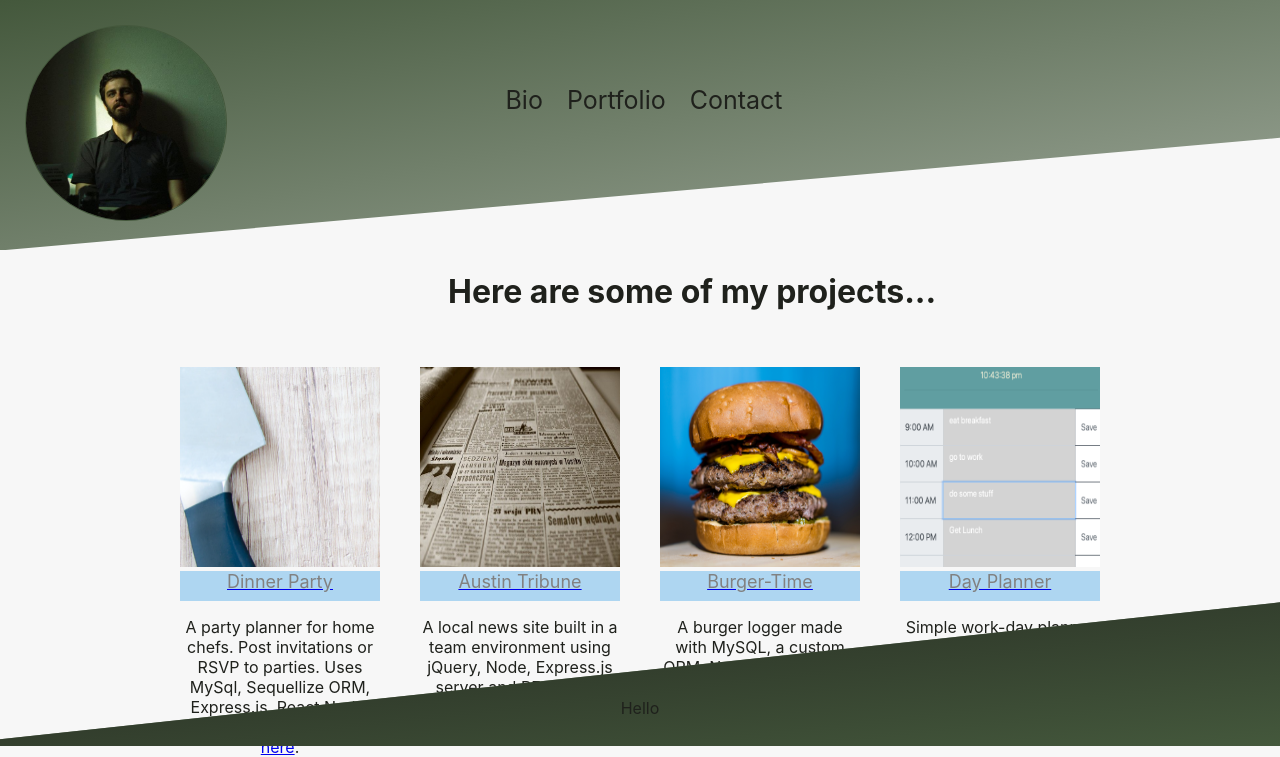
Repository: joeldelatte/react-portfolio
Page: /portfolio (app in client/)
An editor plug-in stored every save of this project. The page is shown before and after the next save, followed by the edit.
The browser window is 1280 px wide. The pictures show the whole page.
The project was rebuilt for these pictures with package versions that can differ from the ones it lists, and the page was loaded fresh each time. Also part of the build but not shown: client/src/App.css, client/src/Components/Bio/Bio.js, client/src/Components/Contact/Contact.js.

Above is the page before, as saved 2020-07-11 00:10:32.

### client/public/index.html
<!doctype html>
<html lang="en">
  <head>
    <meta charset="utf-8">
    <meta name="viewport" content="width=device-width, initial-scale=1, shrink-to-fit=no">
    <meta name="theme-color" content="#000000">
    <!--
      manifest.json provides metadata used when your web app is added to the
      homescreen on Android. See https://developers.google.com/web/fundamentals/engage-and-retain/web-app-manifest/
    -->
    <link rel="manifest" href="%PUBLIC_URL%/manifest.json">
    <link rel="shortcut icon" href="%PUBLIC_URL%/favicon.ico">
    <!--
      Notice the use of %PUBLIC_URL% in the tags above.
      It will be replaced with the URL of the `public` folder during the build.
      Only files inside the `public` folder can be referenced from the HTML.

      Unlike "/favicon.ico" or "favicon.ico", "%PUBLIC_URL%/favicon.ico" will
      work correctly both with client-side routing and a non-root public URL.
      Learn how to configure a non-root public URL by running `npm run build`.
    -->
    <title>Joel Delatte</title>
  </head>
  <body>
    <noscript>
      You need to enable JavaScript to run this app.
    </noscript>
    <div id="root"></div>
    <!--
      This HTML file is a template.
      If you open it directly in the browser, you will see an empty page.

      You can add webfonts, meta tags, or analytics to this file.
      The build step will place the bundled scripts into the <body> tag.

      To begin the development, run `npm start` or `yarn start`.
      To create a production bundle, use `npm run build` or `yarn build`.
    -->
  </body>
</html>

### client/src/index.css
body {
  height:100%;
  min-height: 100%;
  margin: 0;
  padding: 0;
  border: 0;
  font-family: -apple-system, BlinkMacSystemFont, 'Segoe UI', 'Roboto', 'Oxygen',
    'Ubuntu', 'Cantarell', 'Fira Sans', 'Droid Sans', 'Helvetica Neue',
    sans-serif;
  -webkit-font-smoothing: antialiased;
  -moz-osx-font-smoothing: grayscale;
  background-color: rgb(247, 247, 247);
  color: rgb(31,33,28);
}

code {
  font-family: source-code-pro, Menlo, Monaco, Consolas, 'Courier New',
    monospace;
}

### client/src/App.js
import React from 'react';
import {BrowserRouter as Router, Route, Switch, Link} from "react-router-dom";
import './App.css';
import Bio from "./Components/Bio/Bio";
import Nav from "./Page/Nav";
import Contact from "./Components/Contact/Contact";
import Portfolio from "./Components/Portfolio/Portfolio";

export default function App() {
  return (
    <>
      <Router>
        <Nav />
        <Switch>
          <Route exact path="/">
            <Bio />
          </Route>
          <Route exact path="/contact">
            <Contact />
          </Route>
          <Route exact path="/portfolio">
            <Portfolio />
          </Route>
        </Switch>
      </Router>
    </>
  );
}

### client/src/Page/Nav.js
import React from "react";
import {BrowserRouter as Router, Route, Switch, Link} from "react-router-dom";
import Avatar from "./Avatar";
import "./Page.css";

function Nav () {
    return (
      <div className="header">
        <Avatar />
        <div className="nav">
          <Link to="/">Bio</Link>
          <Link to="/portfolio">Portfolio</Link>
          <Link to="/contact">Contact</Link>
        </div>
      </div>
    );
};

export default Nav;

### client/src/Components/Portfolio/Portfolio.js
import React from "react";

import Dayplanner from "../Portfolio/images/dayplanner.png";
import NewsPaper from "../Portfolio/images/austin1.jpeg";
import Burger from "../Portfolio/images/burger.jpg"
import Knife from "../Portfolio/images/knife.png"

import './portfolio.css';

export default function Portfolio() {


    return (
      <>
        <h1>Here are some of my projects...</h1>
        <div className="portfolio">
          <div className="projectBox">
            <a
              href="https://rocky-meadow-16617.herokuapp.com/"
              target="_blank"
              rel="noopener noreferrer"
            >
              <img className="projectPhoto" src={Knife}></img>
              <section className="projectLabel">Dinner Party</section>
            </a>
            <p>
              A party planner for home chefs. Post invitations or RSVP to
              parties. Uses MySql, Sequellize ORM, Express.js, React Node.
              <br></br>
              See the github repository{" "}
              <a href="https://github.com/joeldelatte/Poject_3_Dinner_Party">
                here
              </a>
              .
            </p>
          </div>
          <div className="projectBox">
            <a
              href="https://mmoritz8.github.io/Project-1/Joel_art/arts.html"
              target="_blank"
              rel="noopener noreferrer"
            >
              <img className="projectPhoto" src={NewsPaper}></img>
              <section className="projectLabel">Austin Tribune</section>
            </a>
            <p>
              A local news site built in a team environment using jQuery, Node,
              Express.js server and REST APIs.
              <br></br>
              See the github repository{" "}
              <a href="https://github.com/mmoritz8/Project-1">here</a>.
            </p>
          </div>
          <div className="projectBox">
            <a
              href="https://boiling-lowlands-78090.herokuapp.com/"
              target="_blank"
              rel="noopener noreferrer"
            >
              <img className="projectPhoto" src={Burger}></img>
              <section className="projectLabel">Burger-Time</section>
            </a>
            <p>
              A burger logger made with MySQL, a custom ORM, Node, Express, and
              Handlebars.
              <br></br>
              See the github repository{" "}
              <a href="https://github.com/joeldelatte/eat-da-burger">here</a>.
            </p>
          </div>
          <div className="projectBox">
            <a
              href="https://joeldelatte.github.io/day-planner/"
              target="_blank"
              rel="noopener noreferrer"
            >
              <img className="projectPhoto" src={Dayplanner}></img>
              <section className="projectLabel">Day Planner</section>
            </a>
            <p>
              Simple work-day planner application. Uses HTML, CSS, jQuery and
              the browser's local storage.
              <br></br>
              See the github repository{" "}
              <a href="https://github.com/joeldelatte/day-planner">here</a>.
            </p>
          </div>
        </div>
        <footer>Hello</footer>
      </>
    );
}

### client/src/Components/Bio/bio.css
.container {
    position: relative;
}

.bio {
    min-height: 100%;
    padding: 15px;
    max-width: 50%;
    margin: 0 auto;
    text-align: center;
    padding-bottom: -5rem;
}

.bio p {
    text-align: center;
}

footer {
  height: 3rem;
  padding-top: 6rem;
  /* background-color: rgb(68,88,60); */
  background-image: linear-gradient(to right bottom, rgba(31,33,28, 1), rgba(68,88,60, 0.501));
  -webkit-clip-path: polygon(0 95%, 100% 0, 100% 100%, 0 100%);
  clip-path: polygon(0 95%, 100% 0, 100% 100%, 0 100%);
  text-align: center;
}


    @media only screen and (max-width: 768px) {
        .viewContainer {
            margin-left: 110px;
        }
    }

### client/src/Page/Avatar.js
import React from "react";
import Portrait from "./images/joel_d.png"
import "./Page.css";

function Avatar () {

    return (
      <div>
          <img src={Portrait} alt="avatar"  className="avatar" />
      </div>
    );
};

export default Avatar;

### client/src/Page/Page.css
.header {
  height: 38%;
  background-image: linear-gradient(to right bottom, rgba(68,88,60, 1), rgba(68,88,60, 0.501));
  background-size: cover;
  background-position: top;
  position: relative;
  -webkit-clip-path: polygon(0 0, 100% 0, 100% 55%, 0 100%);
  clip-path: polygon(0 0, 100% 0, 100% 55%, 0 100%);
  position: relative;
}

  .avatar {
    border: 1px solid;
    border-color: rgb(68,88,60);
    display: inline;
    max-width: 200px;
    max-height: 200px;
    border-radius: 100%;
    margin: 25px;
    }

.nav {
    position: absolute;
    top: 40%;
    left: 50%;
    transform: translate(-50%, -50%);
    text-align: center;
}

.nav a {
    padding: 6px 8px 6px 16px;
    text-decoration: none;
    font-size: 25px;
    color: rgb(31,33,28);
    display: inline;
    text-align: center;
  }

.nav a:hover {
    color: #f1f1f1;
}

### client/src/Components/Contact/contact.css
.container {
  position: relative;
}
.contact {
    min-height: 100%;
    padding: 15px;
    max-width: 50%;
    margin: 0 auto;
    text-align: center;
    padding-bottom: -5rem;
}

.contact a {
  padding: 6px 8px 6px 16px;
  text-decoration: underline;
  font-size: 18px;
  color: black;
  display: block;
}

.contact a:hover {
  color: #818181;
}

.email-address {
  padding: 6px 8px 6px 16px;
  font-size: 18px;
}

input[type=text], select {
    width: 100%;
    padding: 12px 20px;
    margin: 8px 0;
    display: inline-block;
    border: 1px solid #ccc;
    border-radius: 4px;
    box-sizing: border-box;
  }

  input[type=submit] {
    width: 15%;
    background-color: #4CAF50;
    color: white;
    padding: 14px 20px;
    margin: 8px 0;
    border: none;
    border-radius: 4px;
    cursor: pointer;
  }

  input[type=submit]:hover {
    background-color: #45a049;
  }

textarea {
    width: 100%;
    height: 150px;
    margin: 8px 0;
    padding: 12px 20px;
    box-sizing: border-box;
    border: 1px solid #ccc;
    border-radius: 4px;
    resize: none;
  }

  footer {
    height: 3rem;
    padding-top: 6rem;
    background-color: rgb(68,88,60);
    background-image: linear-gradient(to right bottom, rgba(31,33,28, 0.901), rgba(68,88,60, 0.601));
    -webkit-clip-path: polygon(0 95%, 100% 0, 100% 100%, 0 100%);
    clip-path: polygon(0 95%, 100% 0, 100% 100%, 0 100%);
    text-align: center;
  }

  @media only screen and (max-width: 768px) {
    .contact {
      margin-left: 110px;
    }
  }

### client/src/Components/Portfolio/portfolio.css
.portfolio {
    padding: 15px;
    display: flex;
    flex-wrap: wrap;
    justify-content: center;
    text-align: center;
}

h1 {
    margin-left: 35%;
}

.projectBox {
    width: 200px;
    height: 200px;
    /* position: relative; */
    text-align: center;
    margin: 20px;
}

.projectText {
    width: 200px;
    height: 200px;
    /* position: relative; */
    text-align: center;
    margin-top: 20px;
}

.projectLabel {
    color: #818181;
    text-align: center;
    font-size: large;
    background-color: #aed6f1;
    width: 200px;
    height: 30px;
    padding: 4;
    /* position: absolute; */
    /* top: 80%;
    left: 50%; */
    /* transform: translate(-50%, -50%);  */

}

.projectPhoto {
    width: 200px;
    height: 200px;
    /* position: relative; */
    text-align: center;
}

.move {
    padding-left: 45px;
    box-sizing: content-box;
}

footer {
    height: 3rem;
    padding-top: 6rem;
    background-color: rgb(68,88,60);
    background-image: linear-gradient(to right bottom, rgba(31,33,28, 0.901), rgba(68,88,60, 0.601));
    -webkit-clip-path: polygon(0 95%, 100% 0, 100% 100%, 0 100%);
    clip-path: polygon(0 95%, 100% 0, 100% 100%, 0 100%);
    text-align: center;
  }

@media only screen and (max-width: 768px) {
    .move {
        padding-left: 130px;
        box-sizing: content-box;
    }
    .portfolio {
        margin-left: 110px;
    }

    .portfolio h1 {
        margin-left: 20px;
    }

    .projectBox {
        width: 200px;
        height: 200px;
        float: left;
        position: relative;
        text-align: center;
        margin: 20px 20px 150px 20px;

    }


}

Loaded but not shown: client/src/index.js (common file); client/src/serviceWorker.js (common file)

After the next save:
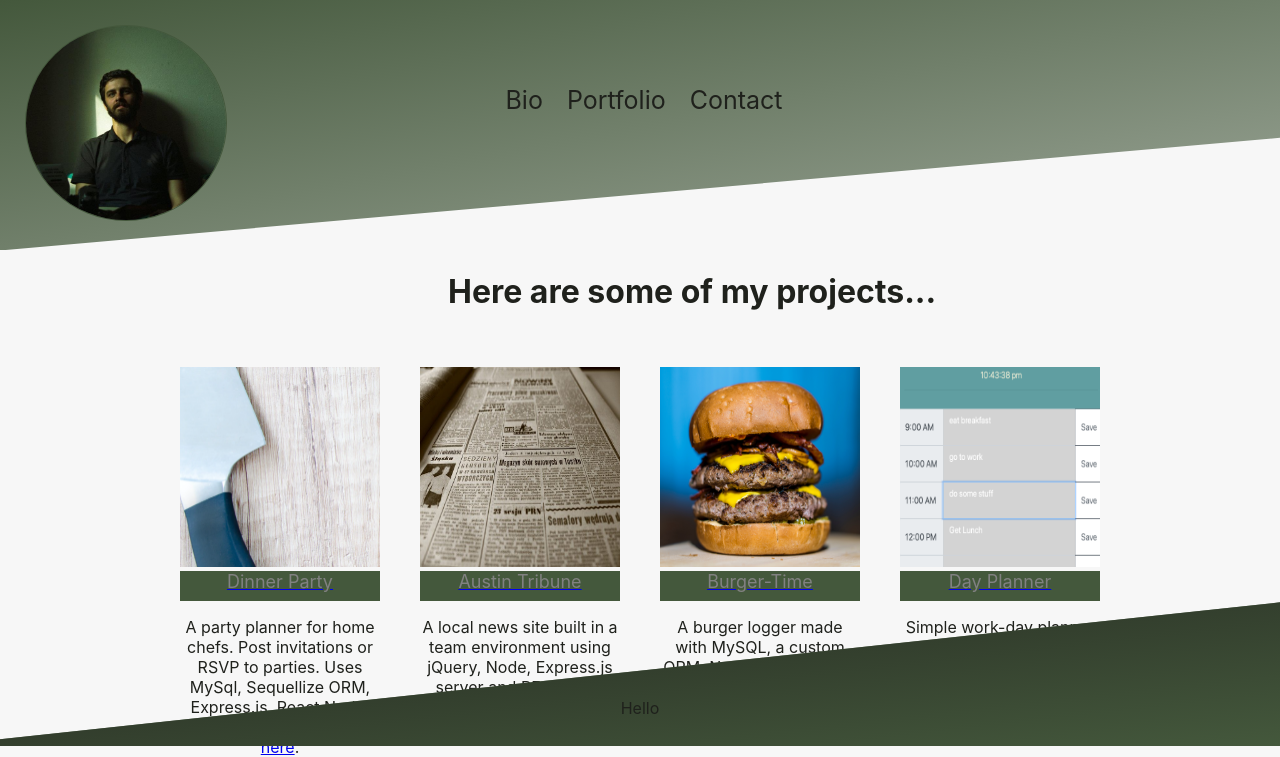
Saved 38 s later.
--- a/client/src/Components/Portfolio/portfolio.css
+++ b/client/src/Components/Portfolio/portfolio.css
@@ -30,7 +30,7 @@
     color: #818181;
     text-align: center;
     font-size: large;
-    background-color: #aed6f1;
+    background-color: rgb(68,88,60);
     width: 200px;
     height: 30px;
     padding: 4;

After the save that followed:
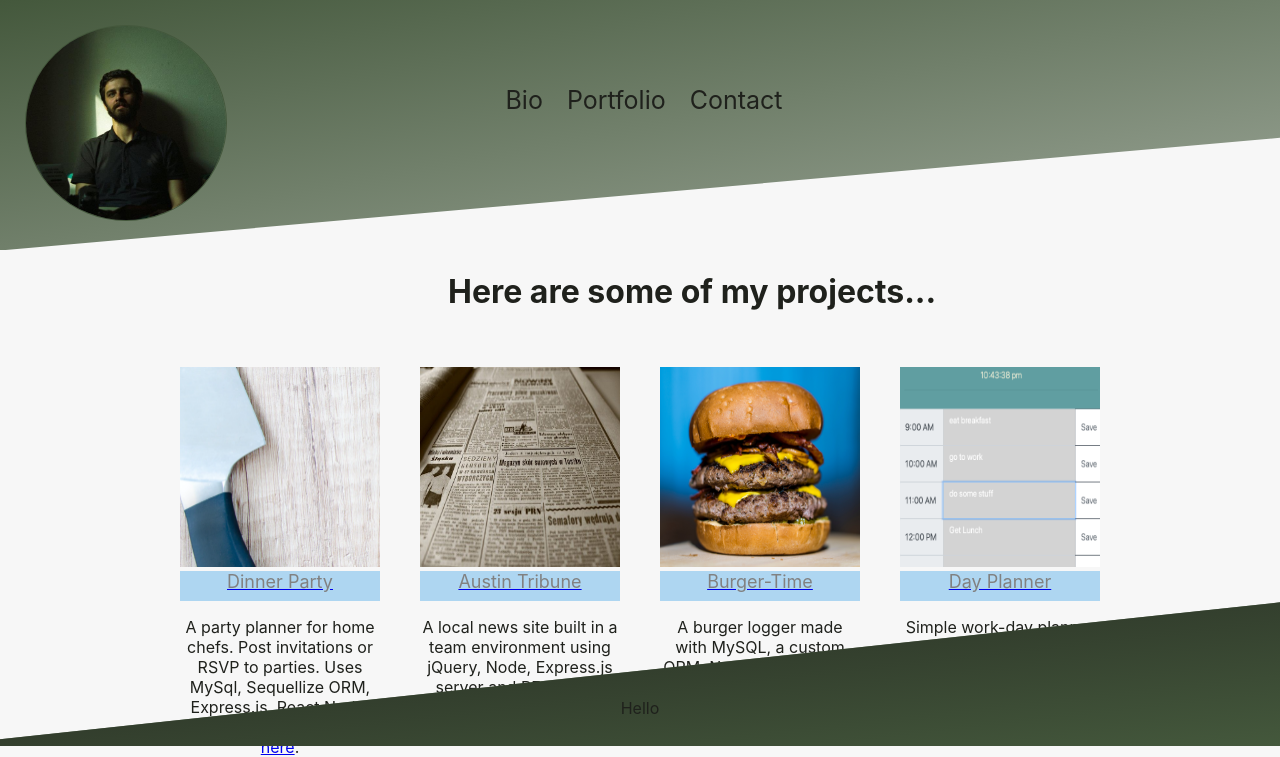
Saved 12 s later.
--- a/client/src/Components/Portfolio/portfolio.css
+++ b/client/src/Components/Portfolio/portfolio.css
@@ -30,7 +30,7 @@
     color: #818181;
     text-align: center;
     font-size: large;
-    background-color: rgb(68,88,60);
+    background-color: #aed6f1;
     width: 200px;
     height: 30px;
     padding: 4;
